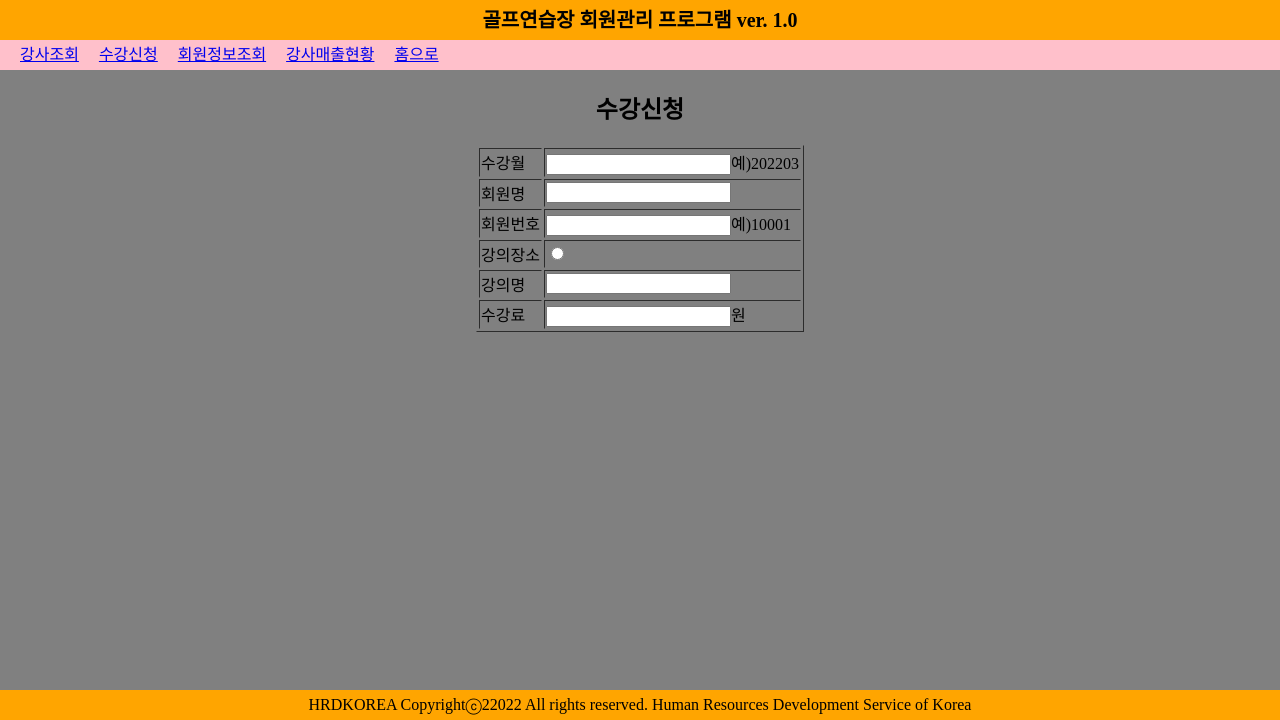
Repository: leesuyeon116/HRD_3
Page: http://localhost/HRD_0505/insert.jsp
The author's editor kept a copy of each file at every save. The page is drawn from the files as they stood at one save, then again after the next save.
The browser window is 1280 px wide. The pictures show the whole page.
The page is served by Tomcat 9.

Above is the page before, as saved 2024-05-05 09:27:34.

After the next save:
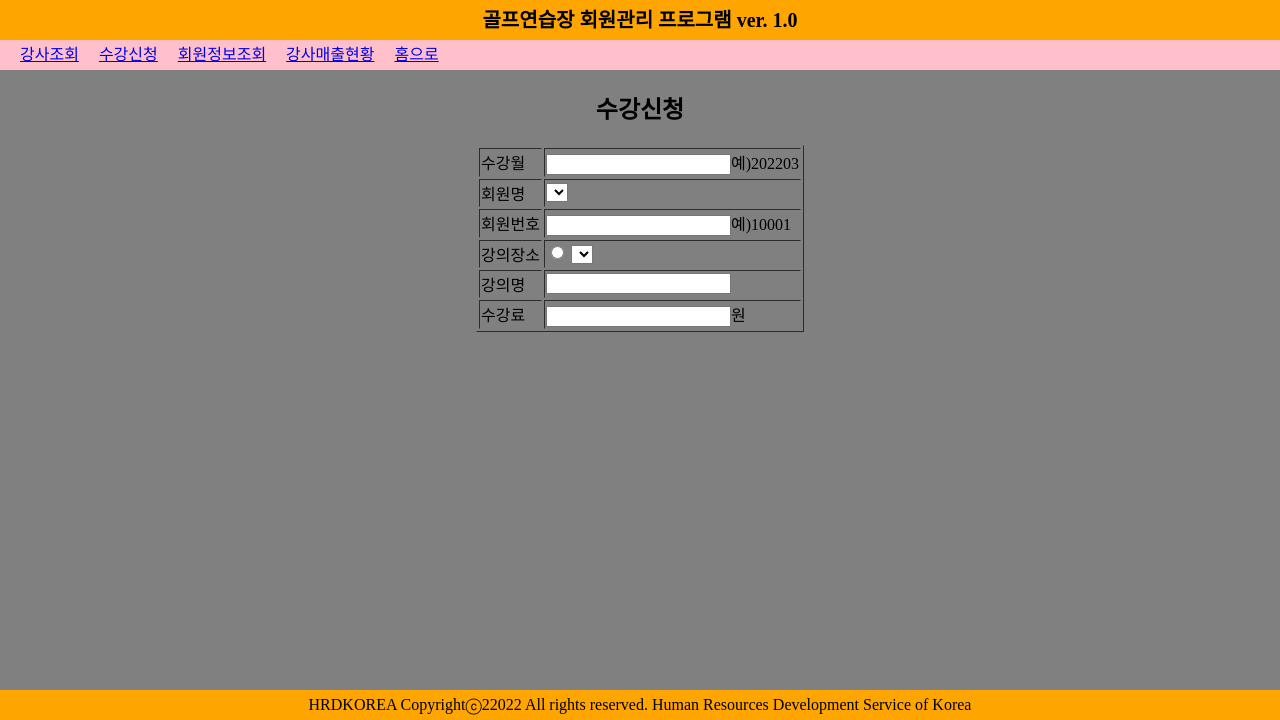
Saved 2 min 42 s later.
--- a/workspace/HRD_0505/src/main/webapp/insert.jsp
+++ b/workspace/HRD_0505/src/main/webapp/insert.jsp
@@ -16,26 +16,39 @@
 				<td>수강월</td>
 				<td><input type="text" name="regist_month">예)202203</td>
 			</tr>
+
 			<tr>
 				<td>회원명</td>
-				<td><input type="text" name="c_name"></td>
+					<td>
+						<select>
+							<option></option>
+						</select>
+					</td>
 			</tr>
+
 			<tr>
 				<td>회원번호</td>
 				<td><input type="text" name="c_no">예)10001</td>
 			</tr>
+
 			<tr>
 				<td>강의장소</td>
-				<td><input type="radio" name="class_area"></td>
+					<td>
+					<input type="radio" name="class_area">
+						<select></select>
+					</td>
 			</tr>
+
 			<tr>
 				<td>강의명</td>
 				<td><input type="text" name="class_name"></td>
 			</tr>
+
 			<tr>
 				<td>수강료</td>
 				<td><input type="text" name="class_price">원</td>
 			</tr>
+
 		</table>
 	</form>
 
